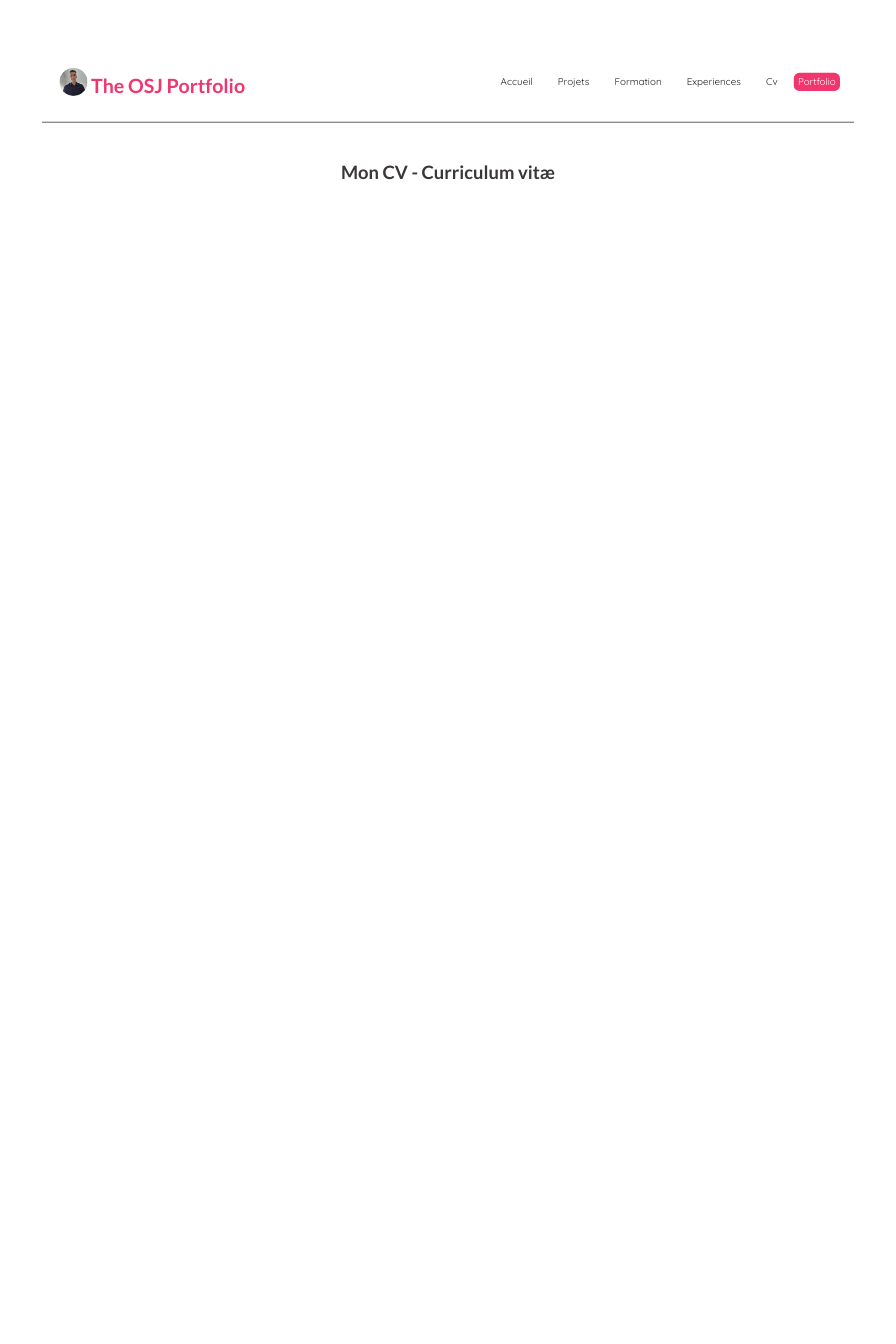
Repository: OussamSJ/Portfolio
Page: /cv
These files come from the project's save history. The page is drawn as it stood at one moment and after the next save; the edit follows.
The browser window is 1280 px wide. The pictures show the part of the page from y = 0 to 1920 px (the page is 2836 px tall before and 760 px after), at 70% of full size.
The project was rebuilt for these pictures with package versions that can differ from the ones it lists, and the page was loaded fresh each time. Also part of the build but not shown: src/BlogList.js, src/Random.js, src/Home.js, src/Expcomponent.js, src/Experiences.js, src/FormationComponent.js, src/Formation.js.

Above is the page before, as saved 2025-05-10 11:49:28.

### public/index.html
<!DOCTYPE html>
<html lang="en">
  <head>
    <meta charset="utf-8" />
    <link rel="icon" href="%PUBLIC_URL%/Logo-Devloper.png" />
    <meta name="viewport" content="width=device-width, initial-scale=1" />
    <meta name="theme-color" content="#000000" />
    <meta
      name="description"
      content="Web site created using create-react-app"
    />
    <link rel="apple-touch-icon" href="%PUBLIC_URL%/logo192.png" />
    <!--
      manifest.json provides metadata used when your web app is installed on a
      user's mobile device or desktop. See https://developers.google.com/web/fundamentals/web-app-manifest/
    -->
    <link rel="manifest" href="%PUBLIC_URL%/manifest.json" />
    <!--
      Notice the use of %PUBLIC_URL% in the tags above.
      It will be replaced with the URL of the `public` folder during the build.
      Only files inside the `public` folder can be referenced from the HTML.

      Unlike "/favicon.ico" or "favicon.ico", "%PUBLIC_URL%/favicon.ico" will
      work correctly both with client-side routing and a non-root public URL.
      Learn how to configure a non-root public URL by running `npm run build`.
    -->
    <title>Portfolio App</title>
  </head>
  <body>
    <noscript>You need to enable JavaScript to run this app.</noscript>
    <div id="root"></div>
    <!--
      This HTML file is a template.
      If you open it directly in the browser, you will see an empty page.

      You can add webfonts, meta tags, or analytics to this file.
      The build step will place the bundled scripts into the <body> tag.

      To begin the development, run `npm start` or `yarn start`.
      To create a production bundle, use `npm run build` or `yarn build`.
    -->
  </body>
</html>

### src/index.js
import React from 'react';
import ReactDOM from 'react-dom/client';
import './index.css';
import App from './App';
import reportWebVitals from './reportWebVitals';
import 'semantic-ui-css/semantic.min.css'

const root = ReactDOM.createRoot(document.getElementById('root'));
root.render(
  <React.StrictMode>
    <App />
  </React.StrictMode>
);

// If you want to start measuring performance in your app, pass a function
// to log results (for example: reportWebVitals(console.log))
// or send to an analytics endpoint. Learn more: https://bit.ly/CRA-vitals
reportWebVitals();

### src/index.css
@import url('https://fonts.googleapis.com/css2?family=Quicksand:wght@300;400;500;600;700&display=swap');
@tailwind base;
@tailwind components;
@tailwind utilities;

/* base styles */
* {
  margin: 0;
  font-family: -apple-system, BlinkMacSystemFont, 'Segoe UI', 'Roboto', 'Oxygen',
    'Ubuntu', 'Cantarell', 'Fira Sans', 'Droid Sans', 'Helvetica Neue',
    sans-serif;
  -webkit-font-smoothing: antialiased;
  -moz-osx-font-smoothing: grayscale;
  font-family: "Quicksand";
  color: #3b3737;
}

code {
  font-family: source-code-pro, Menlo, Monaco, Consolas, 'Courier New',
    monospace;
}
.navbar {
  padding: 20px;
  display: flex;
  align-items: center;
  max-width: 1200px;
  margin: 0 auto;
  border-bottom: 1px solid #212020;

}
.navbar h1 {
  color: #f1356d;
}
.navbar .links {
  margin-left: auto;
}
.navbar a {
  margin-left: 16px;
  text-decoration: none;
  padding: 6px;
}
.navbar img {
 width: 40px;
 height: 40px;
 margin: 5px ;
 object-fit: cover;       /* remplit et rogne si besoin */
 border-radius: 50%;      /* transforme le carré en cercle */
 display: block;
}
.navbar a:hover {
  color: #f1356d;
}


/* Responsive: cache les liens sur mobile */
.desktop-only {
  display: flex;
}

.mobile-toggle {
  display: none;
  margin-left: auto;
  cursor: pointer;
}

/* Responsive behavior */
@media (max-width: 768px) {
  .desktop-only {
    display: none;
  }

  .mobile-toggle {
    display: block;
  }
}
.content {
  max-width: 1200px;
  margin: 40px auto;
  padding: 20px;
}


.couverture {
  background-image:
  url("/public/couverture-portfolio.png");
background-size:cover;        /* couvre tout le conteneur sans déformation */
background-position: center;   /* centre l’image */
background-repeat: no-repeat;  /* pas de répétition */

height: 100%;
width: 100%;

color: white;
font-family: 'Orbitron', sans-serif; /* une police géométrique, proche de celle utilisée */
}





.couverture h1 {
  margin-top: 20px auto;
  margin-right: 50px;
  align-items: center;
  text-align: center;
  color: aliceblue;
text-align: right;
justify-self: right;
  font-family: 'Agrandir Grand', sans-serif; /* une police futuriste */
}








.portfolio-footer {
  justify-content: space-between;
  display: flex;
  padding: 20px;
  border-top: 1px solid #212020;
}

.card-title{
  margin-bottom:  20px;

  padding: 0;
  font-size: 1.2rem;

}
.social-links a{
  list-style: none;
  text-decoration: none;
  margin-left: auto;
  text-align: left;

}
.social-links img{
 width: 40%;
 height: 40%;
}


ul {
  list-style-type: none;
  padding: 0; /* Supprime le retrait par défaut */
  margin: 0;  /* Supprime la marge par défaut */
}
.social-links a:hover {
  color: #f1356d;
}

.footer-bottom {
  display: block;
  text-align: center;
  }

  ul li {
    text-align: left;

  }



  .not-found {
    justify-content: center;
    align-items: center;
    text-align: center;
    height: 50vh;
    margin-top: 200px;
    font-size: 3rem;
  }


  img-couverture {
    width: 100%;
    height: 100%;
    justify-content: flex-end;
    align-items: center;
    object-fit:fill; /* Remplit l'élément sans déformation */
    border-radius: 50%; /* Transforme le carré en cercle */
    display: flex;
  }

### src/App.js
import React from 'react';
import { BrowserRouter, Routes, Route } from 'react-router-dom';
import ReactDOM from 'react-dom/client';
import Home from './Home';
import Navbar from './Navbar'; // Si vous avez une barre de navigation
import Cv from './Cv'; // Si vous avez une page de CV
import Footbar from './Footbar';
import Experiences from './Experiences';
import Formation from './Formation';

function App() {
  return (
    <BrowserRouter>
      <div className="App">
        <div className='content'>
          <Routes>
            <Route path="/" element={<Home />} />
            <Route path="/cv" element={<Cv />} />
            <Route path="/experiences-professionnelle" element={<div ><Navbar/> <Experiences /><Footbar/></div>} />
            <Route path="/formation" element={<div ><Navbar/> <Formation /><Footbar/></div>} />
            <Route path="*" element={
              <div >
                <Navbar />
                <h1 className='not-found' >Page introuvable</h1>
                <Footbar />
              </div>
            } />
          </Routes>
        </div>
      </div>
    </BrowserRouter>
  );
}

export default App;

### src/Navbar.js
import React, { Component } from 'react';
import { Menu, MenuItem, MenuMenu, Icon, Sidebar, Segment } from 'semantic-ui-react';

class Navbar extends Component {
  state = {
    activeItem: 'home',
    sidebarVisible: false,
  };

  handleItemClick = (e, { name }) => this.setState({ activeItem: name });

  toggleSidebar = () => {
    this.setState(prev => ({ sidebarVisible: !prev.sidebarVisible }));
  };

  render() {
    const { activeItem, sidebarVisible } = this.state;

    return (
      <>
        {/* Top Nav */}
        <nav className="navbar">
          <img src="photo-portfolio.jpg" alt="logo" className="logo" />
          <h1>The OSJ Portfolio</h1>
          <div className="mobile-toggle" onClick={this.toggleSidebar}>
            <Icon name="bars" size="large" />
          </div>
          <div className="links desktop-only">
            <Menu secondary>
              <MenuItem name='accueil' active={activeItem === 'accueil'} onClick={this.handleItemClick} as="a" href="/" />
              <MenuItem name='projets' active={activeItem === 'projets'} onClick={this.handleItemClick} as="a" href="/projets" />
              <MenuItem name='formation' active={activeItem === 'formation'} onClick={this.handleItemClick} as="a" href="/formation" />
              <MenuItem name='expériences' active={activeItem === 'expériences'} onClick={this.handleItemClick} as="a" href="/experiences-professionnelle" />
              <MenuItem name='cv' active={activeItem === 'cv'} onClick={this.handleItemClick} as="a" href="/cv" />
              <MenuMenu position='right'>
                <MenuItem
                  name='portfolio'
                  active={activeItem === 'portfolio'}
                  onClick={this.handleItemClick}
                  as="a"
                  href="/"
                  style={{
                    color: 'white',
                    backgroundColor: '#f1356d',
                    borderRadius: '8px',
                    padding: '6px',
                  }}
                />
              </MenuMenu>
            </Menu>
          </div>
        </nav>

        {/* Sidebar for mobile */}
        <Sidebar
          as={Menu}
          animation='overlay'
          icon='labeled'
          inverted
          vertical
          visible={sidebarVisible}
          width='thin'
          direction='right'
        >
          <MenuItem as="a" href="/" onClick={this.toggleSidebar}>Accueil</MenuItem>
          <MenuItem as="a" href="/projets" onClick={this.toggleSidebar}>Projets</MenuItem>
          <MenuItem as="a" href="/formation" onClick={this.toggleSidebar}>Formation</MenuItem>
          <MenuItem as="a" href="/experiences-professionnelle" onClick={this.toggleSidebar}>Expériences</MenuItem>
          <MenuItem as="a" href="/cv" onClick={this.toggleSidebar}>CV</MenuItem>
          <MenuItem as="a" href="/" onClick={this.toggleSidebar} style={{ backgroundColor: '#f1356d', color: 'white', borderRadius: '8px' }}>Portfolio</MenuItem>
        </Sidebar>
      </>
    );
  }
}

export default Navbar;

### src/Cv.js
import Navbar from "./Navbar";
import Footbar from "./Footbar";

const Cv = () => {
  return (
    <div className="CV">
      <Navbar />
      <h1 className="text-3xl font-bold text-center mb-8"> <br/>Mon CV - Curriculum vitæ</h1>

      <div style={{ height: '320vh', padding: '20px' }}>
        <iframe
          src="cv.pdf" // Placez le fichier dans le dossier `public/`
          width="100%"
          height="100%"
          title="CV PDF"
          style={{ border: 'none', display: 'block', margin: '0 auto' ,  maxWidth: '100%'}}
        />
      </div>

      <Footbar />
    </div>
  );
};

export default Cv;

### src/Footbar.js

const Footbar = () => {
  return (
  <div className="footbar">
   <footer class="portfolio-footer">

    <div class="card-deck">
    <div class="card">
      <div class="card-body">
        <h4 class="card-title">À propos</h4>
        <p class="card-text">Développeur Web passionné, créant des expériences utilisateur fluides.</p>
      </div>
    </div>
    </div>

    <div class="card-deck">
    <div class="card">
      <div class="card-body">
        <h4 class="card-title">Liens utiles</h4>
        <ul class="social-links" >
        <li><a href="#">Portfolio</a></li>
        <li><a href="#">Projets</a></li>
        <li><a href="#">CV</a></li>
      </ul>
      </div>
    </div>
    </div>

    <div class="card-deck">
    <div class="card">
      <div class="card-body">
        <h4 class="card-title">Suivez-moi</h4>
        <ul class="social-links">
        <li><a href="https://github.com/OussamSJ#"> <img  src="github.svg"  alt="GitHub"></img></a></li>
        <li><a href="https://www.linkedin.com/in/oussama-sj/  "> <img src="linkedin.svg" alt="LinkedIn"></img></a></li>
        <li><a href="https://www.instagram.com/oussama.sj/"> <img src="instagram.svg" alt="Instagram"></img></a></li>
      </ul>
      </div>
    </div>
    </div>

   </footer>
    <div class="footer-bottom">
    <p>© 2025 Oussama SEYID JEBARI <br/> Tous droits réservés.</p>
    </div>

  </div>

  );
}

export default Footbar;

### tailwind.config.js
/** @type {import('tailwindcss').Config} */
module.exports = {
  content: [  "./src/**/*.{js,ts,jsx,tsx}",],
  theme: {
    extend: {
      colors: {
        primary: '#f1356d', // Exemple
      },
    },
  },
  plugins: [],
}

Loaded but not shown: src/reportWebVitals.js (common file)

After the next save:
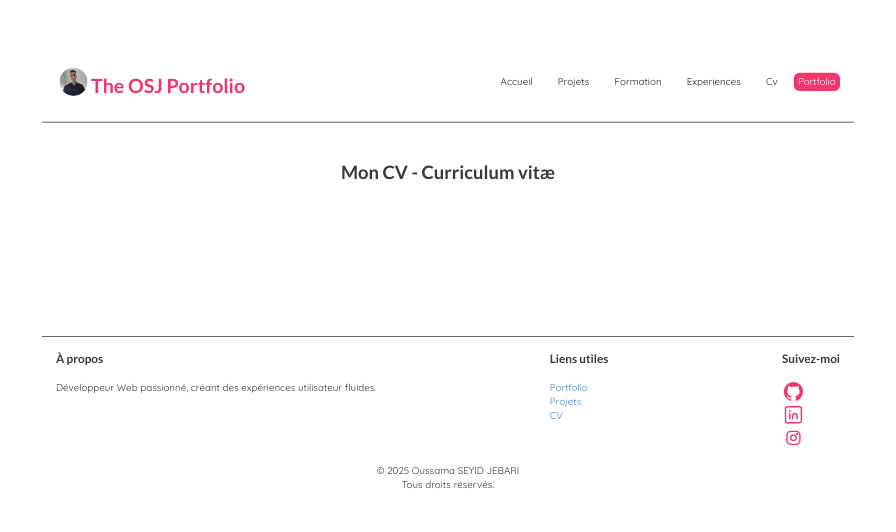
Saved 17 s later.
--- a/src/Cv.js
+++ b/src/Cv.js
@@ -7,7 +7,7 @@
       <Navbar />
       <h1 className="text-3xl font-bold text-center mb-8"> <br/>Mon CV - Curriculum vitæ</h1>
 
-      <div style={{ height: '320vh', padding: '20px' }}>
+      <div style={{ height: '100%', padding: '20px' }}>
         <iframe
           src="cv.pdf" // Placez le fichier dans le dossier `public/`
           width="100%"

After the save that followed:
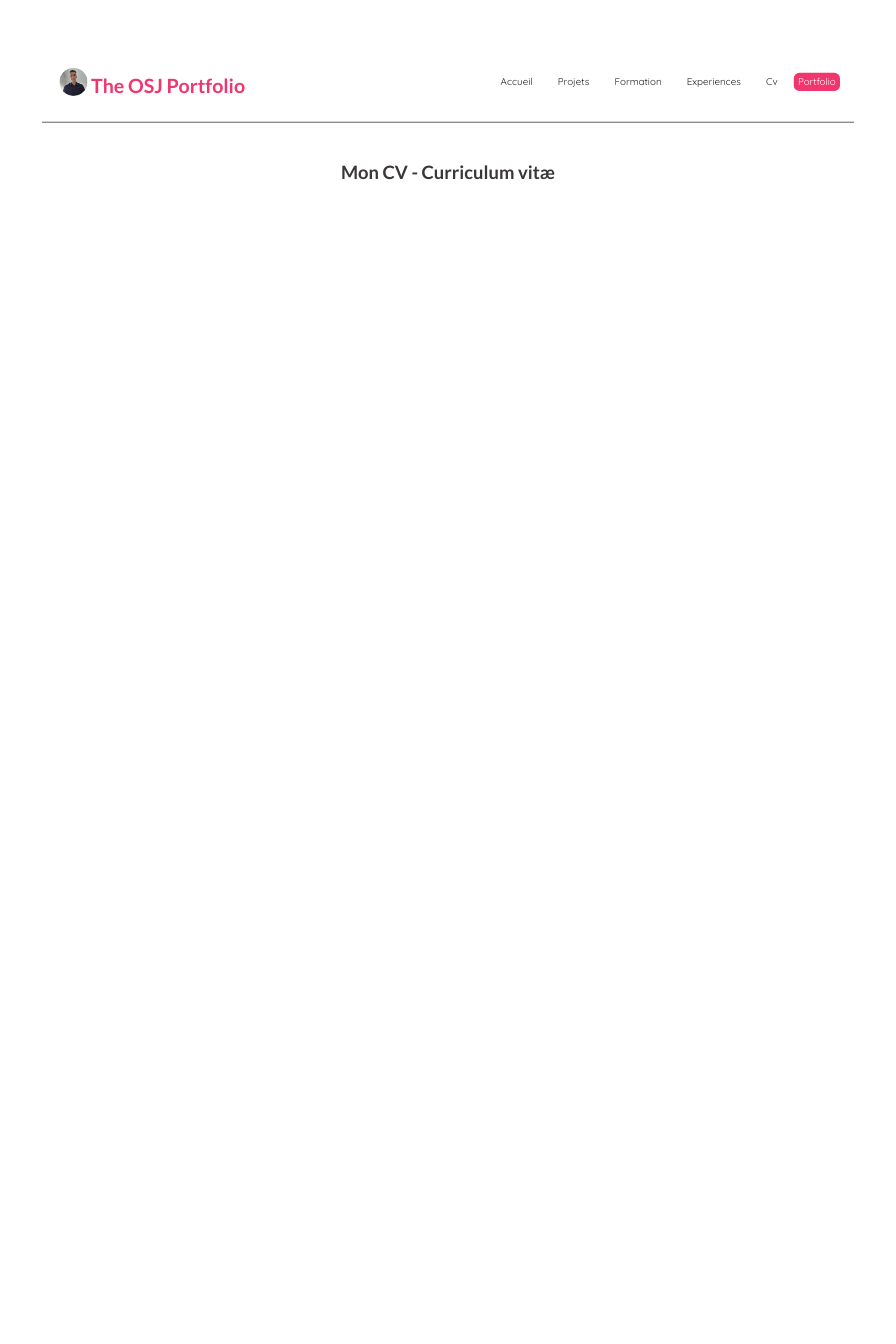
Saved 17 s later.
--- a/src/Cv.js
+++ b/src/Cv.js
@@ -7,7 +7,7 @@
       <Navbar />
       <h1 className="text-3xl font-bold text-center mb-8"> <br/>Mon CV - Curriculum vitæ</h1>
 
-      <div style={{ height: '100%', padding: '20px' }}>
+      <div style={{ height: '320vh', padding: '20px' }}>
         <iframe
           src="cv.pdf" // Placez le fichier dans le dossier `public/`
           width="100%"
